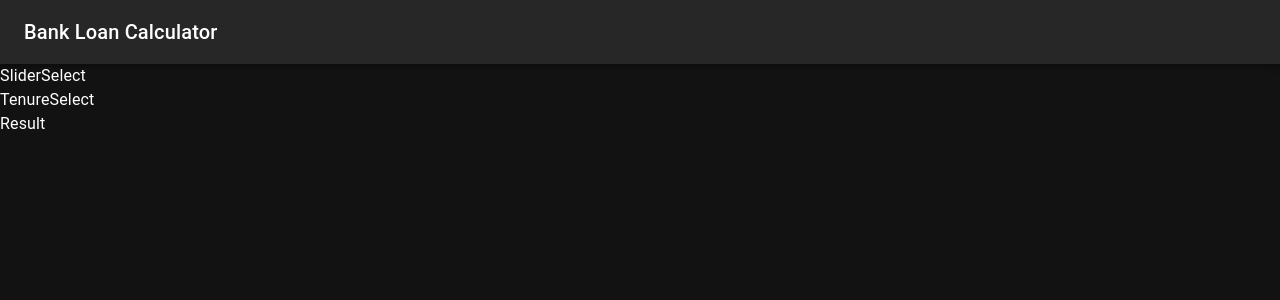
Repository: MikeeBuilds/mortgage-calculator
Page: /
These files come from the project's save history. The page is drawn as it stood at one moment and after the next save; the edit follows.
The browser window is 1280 px wide. The pictures show the whole page.
The project was rebuilt for these pictures with package versions that can differ from the ones it lists, and the page was loaded fresh each time.

Above is the page before, as saved 2023-04-03 16:54:41.

### src/index.js
import React from 'react';
import ReactDOM from 'react-dom/client';
import  CssBaseline  from '@mui/material/CssBaseline';
import { ThemeProvider, createTheme } from '@mui/material/styles';
import App from './App';
import reportWebVitals from './reportWebVitals';
import { theme } from './theme';

const root = ReactDOM.createRoot(document.getElementById('root'));
root.render(
  <React.StrictMode>
    <ThemeProvider theme={theme}>
      <CssBaseline />
    <App />
    </ThemeProvider>
  </React.StrictMode>
);

// If you want to start measuring performance in your app, pass a function
// to log results (for example: reportWebVitals(console.log))
// or send to an analytics endpoint. Learn more: https://bit.ly/CRA-vitals
reportWebVitals();

### src/App.js
import Navbar from "./components/Navbar";
import Result from "./components/Result";
import SliderSelect from "./components/SliderSelect";
import TenureSelect from "./components/TenureSelect";


function App() {
  return (
    <div className="App">
      <Navbar />
      <SliderSelect />
      <TenureSelect />
      <Result />
    </div>
  );
}

export default App;

### src/theme.js
import {  createTheme } from "@mui/material/styles";

export const theme = createTheme({
    palette: {
        mode: "dark",
    },
});

### src/components/Navbar.js
import React from 'react'
import AppBar from '@mui/material/AppBar'
import ToolBar from '@mui/material/Toolbar'
import Typography from '@mui/material/Typography'

const Navbar = () => {
  return (
    <AppBar position="static">
        <ToolBar>
            <Typography variant="h6" component="div" sx={{ flexGrow: 1 }}>
                Bank Loan Calculator
            </Typography>
        </ToolBar>
    </AppBar>
  )
}

export default Navbar

### src/components/SliderSelect.js
import React from 'react'

const SliderSelect = () => {
  return (
    <div>SliderSelect</div>
  )
}

export default SliderSelect

### src/components/TenureSelect.js
import React from 'react'

const TenureSelect = () => {
  return (
    <div>TenureSelect</div>
  )
}

export default TenureSelect

Loaded but not shown: public/index.html (common file); src/reportWebVitals.js (common file); src/components/Result.js (common file)

After the next save:
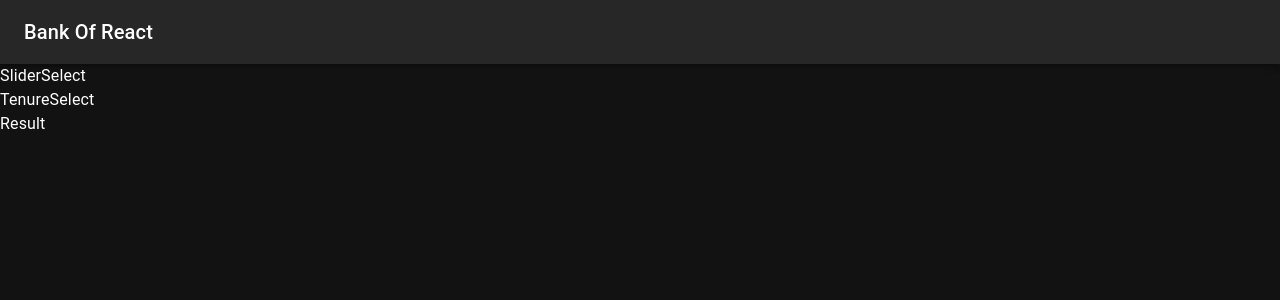
Saved 5 s later.
--- a/src/components/Navbar.js
+++ b/src/components/Navbar.js
@@ -8,7 +8,7 @@ const Navbar = () => {
     <AppBar position="static">
         <ToolBar>
             <Typography variant="h6" component="div" sx={{ flexGrow: 1 }}>
-                Bank Loan Calculator
+                Bank Of React
             </Typography>
         </ToolBar>
     </AppBar>
